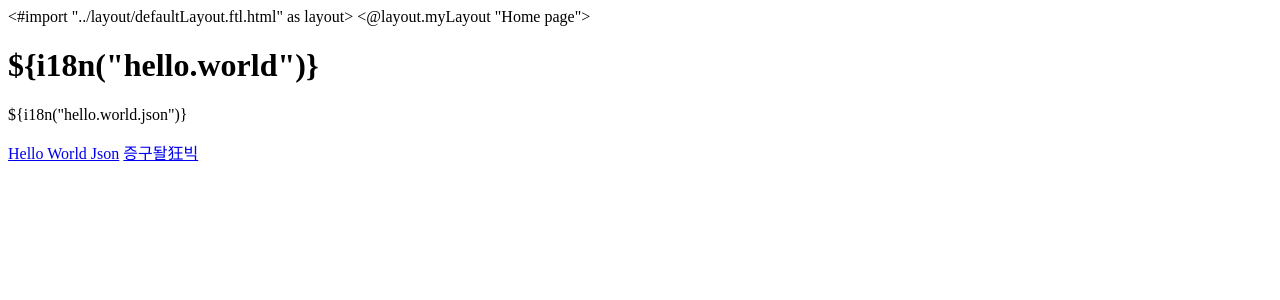
Repository: JavaProgrammerLB/JavaNinja
Page: firstNinjaProject/src/main/java/views/ApplicationController/index.ftl.html
The author's editor kept a copy of each file at every save. The page is drawn from the files as they stood at one save, then again after the next save.
The browser window is 1280 px wide. The pictures show the whole page.

Above is the page before, as saved 2015-05-24 14:50:07.

### firstNinjaProject/src/main/java/views/ApplicationController/index.ftl.html
<#import "../layout/defaultLayout.ftl.html" as layout>
<@layout.myLayout "Home page">


<h1>${i18n("hello.world")}</h1>
<p>${i18n("hello.world.json")}</p>
<a href="/hello_world.json">Hello World Json</a>
<a href="/hello_world_from_liubei">증구돨狂빅</a>



</@layout.myLayout>

After the next save:
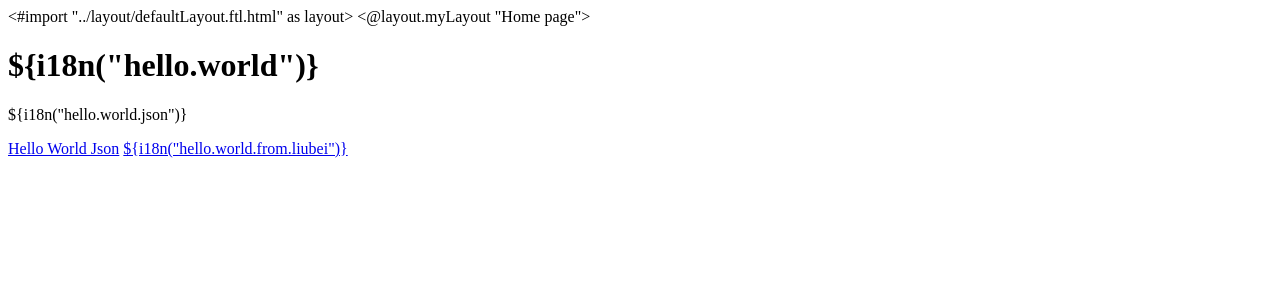
Saved 4 min 17 s later.
--- a/firstNinjaProject/src/main/java/views/ApplicationController/index.ftl.html
+++ b/firstNinjaProject/src/main/java/views/ApplicationController/index.ftl.html
@@ -5,7 +5,7 @@
 <h1>${i18n("hello.world")}</h1>
 <p>${i18n("hello.world.json")}</p>
 <a href="/hello_world.json">Hello World Json</a>
-<a href="/hello_world_from_liubei">증구돨狂빅</a>
+<a href="/hello_world_from_liubei">${i18n("hello.world.from.liubei")}</a>
 
 
 
